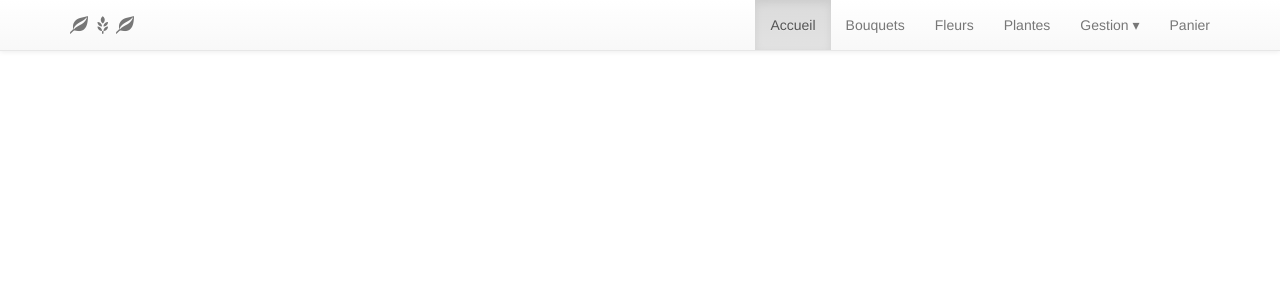
Repository: JeremT8/JavaFleuristeProject
Page: tp-fleuriste/src/main/webapp/bouquets.html
These files come from the project's save history. The page is drawn as it stood at one moment and after the next save; the edit follows.
The browser window is 1280 px wide. The pictures show the whole page.
Some web libraries are served in a nearby version.

Above is the page before, as saved 2022-05-16 12:58:51.

After the next save:
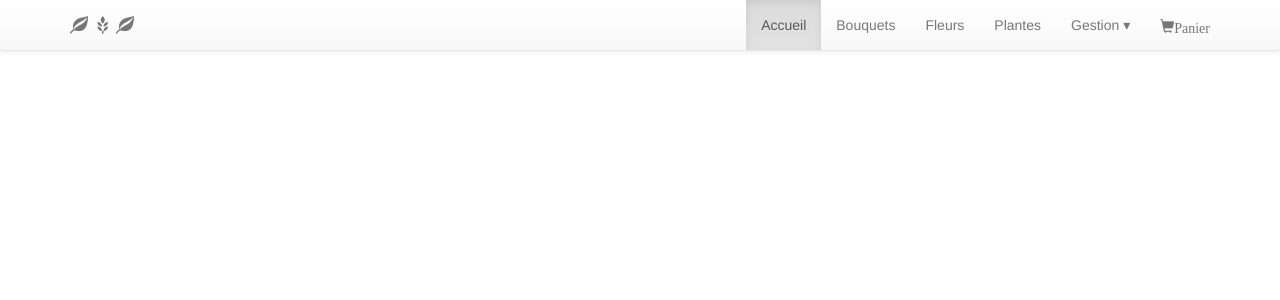
Saved 68 s later.
--- a/tp-fleuriste/src/main/webapp/bouquets.html
+++ b/tp-fleuriste/src/main/webapp/bouquets.html
@@ -58,7 +58,7 @@
 							<div class="dropdown-divider"></div>
 							<a class="dropdown-item" href="#">Styles</a>
 						</div></li>
-					<li><a href="styles.html">Panier</a></li>
+					<li><a class="glyphicon glyphicon-shopping-cart" href="styles.html">Panier</a></li>
 				</ul>
 			</div>
 		</div>
